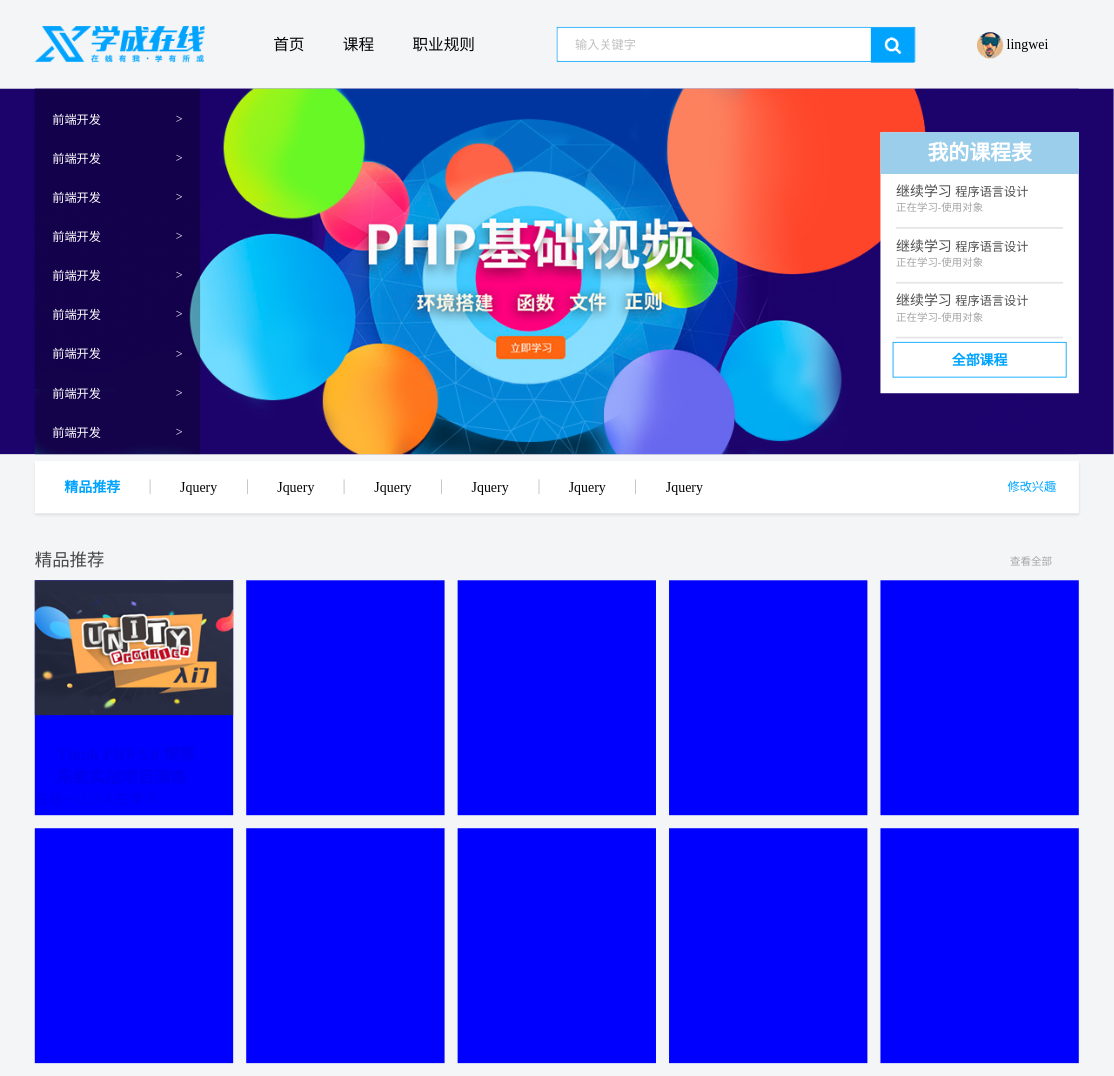
Repository: DengBiHua/xcdx
Page: index.html
An editor plug-in stored every save of this project. The page is shown before and after the next save, followed by the edit.
The browser window is 1280 px wide. The pictures show the whole page, at 87% of full size.

Above is the page before, as saved 2022-04-15 10:28:05.

### index.html
<!DOCTYPE html>
<html lang="en">
<head>
    <meta charset="UTF-8">
    <meta http-equiv="X-UA-Compatible" content="IE=edge">
    <meta name="viewport" content="width=device-width, initial-scale=1.0">
    <title>学成在线</title>
    <link rel="stylesheet" href="css/index.css">
</head>
<body>
    <!-- 头部 -->
    <div class="header wrapper">
        <h1>
            <a href="#">
                <img src="images/logo.png" alt="">
            </a>
        </h1>
        <!-- 导航 -->
        <div class="nav">
            <ul>
                <li><a href="#">首页</a></li>
                <li><a href="#">课程</a></li>
                <li><a href="#">职业规则</a></li>
            </ul>
        </div>
        <!-- 搜索 -->
        <div class="search">
            <input type="text" placeholder="输入关键字">
            <button></button>
        </div>
        <!-- 用户 -->
        <div class="user">
            <img src="./images/user.png" alt="">
            <span>lingwei</span>
        </div>
    </div>
    <div class="banner">
        <div class="wrapper">
            <div class="left">
                <ul>
                    <li><a href="#">前端开发<span>></span></a></li>
                    <li><a href="#">前端开发<span>></span></a></li>
                    <li><a href="#">前端开发<span>></span></a></li>
                    <li><a href="#">前端开发<span>></span></a></li>
                    <li><a href="#">前端开发<span>></span></a></li>
                    <li><a href="#">前端开发<span>></span></a></li>
                    <li><a href="#">前端开发<span>></span></a></li>
                    <li><a href="#">前端开发<span>></span></a></li>
                    <li><a href="#">前端开发<span>></span></a></li>
                </ul>
            </div>
            <div class="right">
                <h2>我的课程表</h2>
                <div class="content">
                    <dl>
                        <dt>
                            <span class="titleLeft">继续学习</span>
                            <span class="titleRight">程序语言设计</span>
                        </dt>
                        <dd>正在学习-使用对象</dd>
                    </dl>
                    <dl>
                        <dt>
                            <span class="titleLeft">继续学习</span>
                            <span class="titleRight">程序语言设计</span>
                        </dt>
                        <dd>正在学习-使用对象</dd>
                    </dl>
                    <dl>
                        <dt>
                            <span class="titleLeft">继续学习</span>
                            <span class="titleRight">程序语言设计</span>
                        </dt>
                        <dd>正在学习-使用对象</dd>
                    </dl>
                </div>
                <a href="#" class="all">全部课程</a>
            </div>
        </div>
    </div>
    <!-- 精品推荐 -->
    <div class="recommend wrapper">
        <h2>精品推荐</h2>
        <ul>
            <li><a href="#">Jquery</a></li>
            <li><a href="#">Jquery</a></li>
            <li><a href="#">Jquery</a></li>
            <li><a href="#">Jquery</a></li>
            <li><a href="#">Jquery</a></li>
            <li><a href="#">Jquery</a></li>
        </ul>
        <a href="#" class="interest">修改兴趣</a>
    </div>
    <div class="recommendDetail wrapper">
        <div class="title">
            <h2>精品推荐</h2>
            <a href="#">查看全部</a>
        </div>
        <div class="content">
            <ul>
                <li>
                    <a href="#">
                        <img src="./images/course07.png" alt="">
                        <h3>Think PHP 5.0 博客系统实战项目演练</h3>
                        <p><span>高级</span>  •  1125人在学习</p>
                    </a>
                </li>
                <li><a href="#"></a></li>
                <li><a href="#"></a></li>
                <li><a href="#"></a></li>
                <li><a href="#"></a></li>
                <li><a href="#"></a></li>
                <li><a href="#"></a></li>
                <li><a href="#"></a></li>
                <li><a href="#"></a></li>
                <li><a href="#"></a></li>
            </ul>
        </div>
    </div>
</body>
</html>

### css/index.css
/* css代码顺序
1、浮动/display
2、盒子模型
3、文字样式
 */

/* 通用模版 */
* {
    margin: 0;
    padding: 0;
    /* 内减模式 */
    box-sizing: border-box;
}
li {
    /* 清除列表前方小圆点 */
    list-style-type: none;
}
a {
    /* 去除超链接文字的下划线 */
    text-decoration: none;
}
.clearfix::before,.clearfix::after {
    content: "";
    display: table;
}
.clearfix::after {
    clear: both;
}

/* 版心 */
.wrapper {
    width: 1200px;
    margin: 0 auto;
}

body {
    background-color: #f3f5f7;
}

/* 头部 */
.header {
    height: 42px;
    margin: 30px auto;
}

h1 {
    float: left;
}

/* 导航 */
.nav {
    float: left;

    height: 42px;
    margin-left: 70px;
}

.nav li {
    float: left;

    margin-right: 26px;
}

.nav li a {
    display: block;

    padding: 0 9px;
    height: 42px;
    line-height: 42px;

    font-size: 18px;
    color: #050505;
}

.nav li a:hover {
    border-bottom: 2px solid #00a4ff;
}

.search {
    float: left;
    margin-left: 59px;
    margin-top: 1px;
    width: 412px;
    height: 40px;
    border: 1px solid #00a4ff;
}

.search input {
    float: left;
    padding-left: 20px;
    width: 360px;
    height: 38px;
    border: 0;
}

.search input::placeholder {
    font-size: 14px;
    color: #bfbfbf;
}

.search button {
    float: left;
    width: 50px;
    height: 40px;
    background-image: url(../images/btn.png);
    border: 0;
}

.user {
    float: right;
    margin-right: 35px;
    height: 42px;
    line-height: 42px;
}

.user img {
    /* 调节图片垂直方向对齐方式 */
    vertical-align: middle;
}

.banner {
    height: 420px;
    background-color: #1c036c;
}

.banner .wrapper {
    height: 420px;
    background-image: url(../images/banner2.png);
}

.banner .left {
    float: left;
    padding: 0 20px;
    width: 190px;
    height: 420px;
    background-color: rgba(0, 0, 0, 0.3);
    line-height: 44px;
}

.banner ul {
    margin-top: 13px;
}

.banner a {
    font-size: 14px;
    color: #ffffff;
}

.banner a:hover {
    color: #00b4ff;
}

.banner .left span {
    float: right;
}

.banner .right {
    float: right;
    margin-top: 50px;
    width: 228px;
    height: 300px;
    background-color: #ffffff;
}

.banner .right h2 {
    height: 48px;
    background-color: #9bceea;
    font: 18px;
    color: #ffffff;
    text-align: center;
    line-height: 48px;
}

.banner .content {
    padding: 0 18px;
}

.banner .right dl {
    padding: 12px 0;
    border-bottom: 2px solid #e5e5e5;
}

.banner .right .content dt {
    color: #4e4e4e;
    line-height: 16px;
}

.banner .right .titleLeft {
    font-size: 16px;
}

.banner .right .titleRight {
    font-size: 14px;
}

.banner .right .content dd {
    color: #a5a5a5;
    font-size: 12px;
    line-height: 20px;
}

.banner .right .all {
    display: block;
    margin: 4px auto 0;
    width: 200px;
    height: 41px;
    border: 1px solid #00a4ff;
    font-weight: 700;
    font-size: 16px;
    color: #00a4ff;
    text-align: center;
    line-height: 41px;
}

.recommend {
    margin-top: 8px;
    height: 60px;
    background-color: #ffffff;
    box-shadow: 0px 2px 3px 0px rgba(118, 118, 118, 0.2);
    line-height: 60px;
}

.recommend h2 {
    float: left;
    width: 132px;
    text-align: center;
    font-size: 16px;
    font-weight: bold;
    color: #00a4ff;
}

.recommend ul {
    float: left;
}

.recommend ul li {
    float: left;
}

.recommend ul li a {
    padding: 0 34px;
    border-left: 1px solid #bfbfbf;
    font-size: 16px;
    color: #050505;
}

.recommend .interest {
    float: right;
    padding: 0 26px;
    font-size: 14px;
    color: #00a4ff;
}

.recommendDetail {
    margin-top: 37px;
}

.recommendDetail .title {
    height: 40px;
}

.recommendDetail .title h2 {
    float: left;
    font-size: 20px;
    color: #494949;
    font-weight: 400;
}

.recommendDetail .title a {
    float: right;
    padding: 8px 31px 0;
    font-size: 12px;
    color: #a5a5a5;
}

.recommendDetail .content {
    background-color: pink;
}

.recommendDetail .content li {
    float: left;
    margin-right: 15px;
    margin-bottom: 15px;
}

.recommendDetail .content li:nth-child(5n) {
    margin-right: 0px;
}

.recommendDetail .content a {
    display: block;
    width: 228px;
    height: 270px;
    background-color: blue;
}

.recommendDetail .content h3 {
    margin: 25px 25px 0;
}

After the next save:
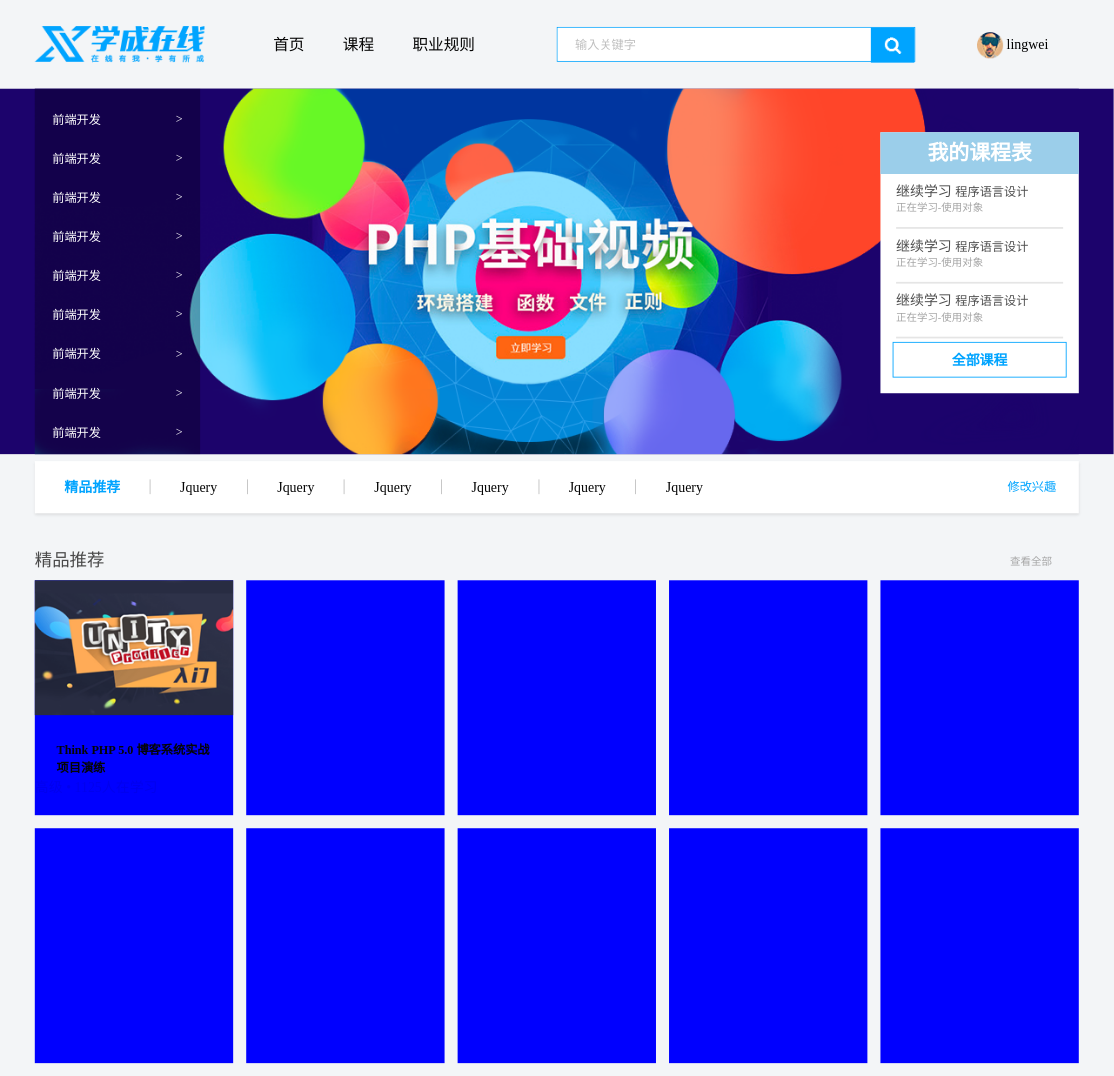
Saved 24 s later.
--- a/css/index.css
+++ b/css/index.css
@@ -296,4 +296,6 @@
 
 .recommendDetail .content h3 {
     margin: 25px 25px 0;
-}
+    font-size: 14px;
+    color: #050505;
+}
